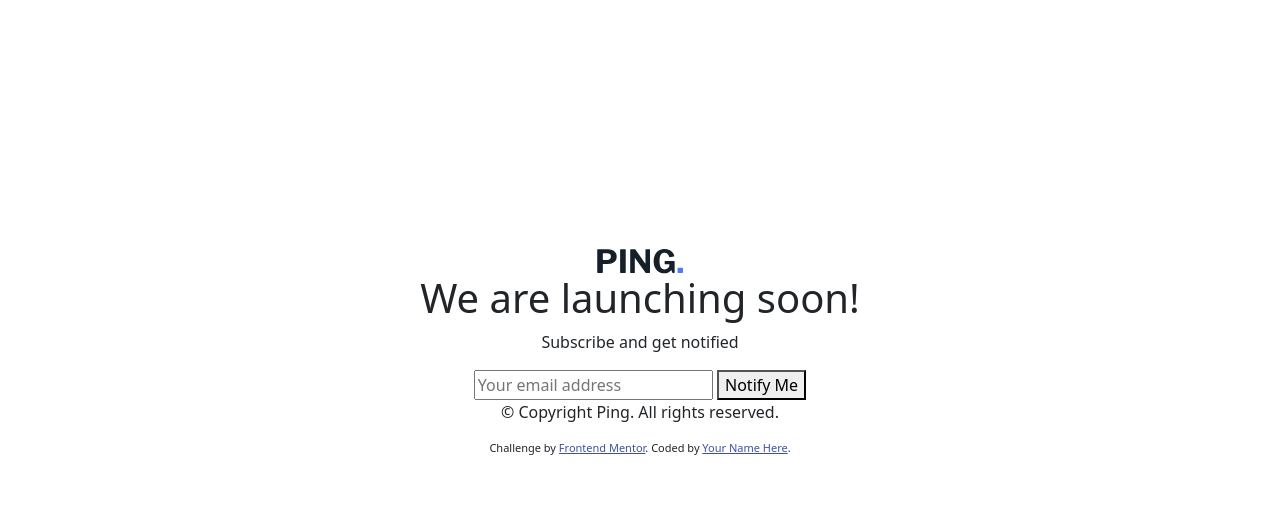
Repository: blordeus/ping-coming-soon-page-master
Page: index.html
An editor plug-in stored every save of this project. The page is shown before and after a run of saves, followed by the edit.
The browser window is 1280 px wide. The pictures show the whole page.
The style sheet was rebuilt from its Sass, Less or Tailwind sources for each picture, by a compiler version that may differ from the author's.

Above is the page before, as saved 2023-08-31 11:11:12.

After the next 3 saves:
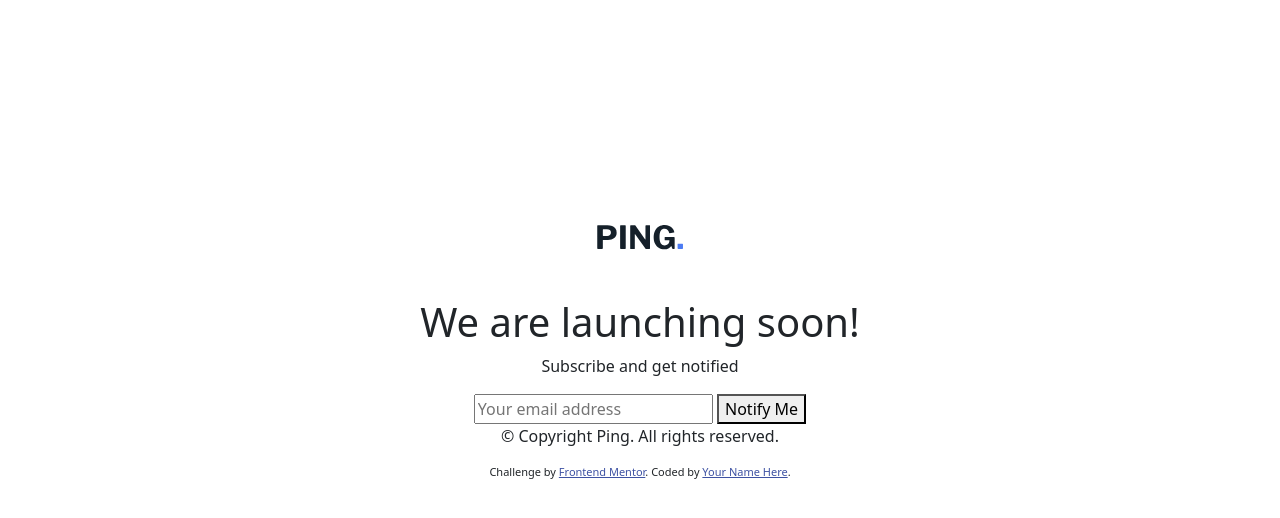
The 3 saves are shown as one change because they came seconds apart.
The last was saved 8 s later.
--- a/index.html
+++ b/index.html
@@ -13,7 +13,7 @@
 </head>
 <body>
   <main class="text-center">
-    <img class="mb" src="./images/logo.svg" alt="logo">
+    <img class="mb-5" src="./images/logo.svg" alt="logo">
 
     <h1>We are launching soon!</h1>
 
